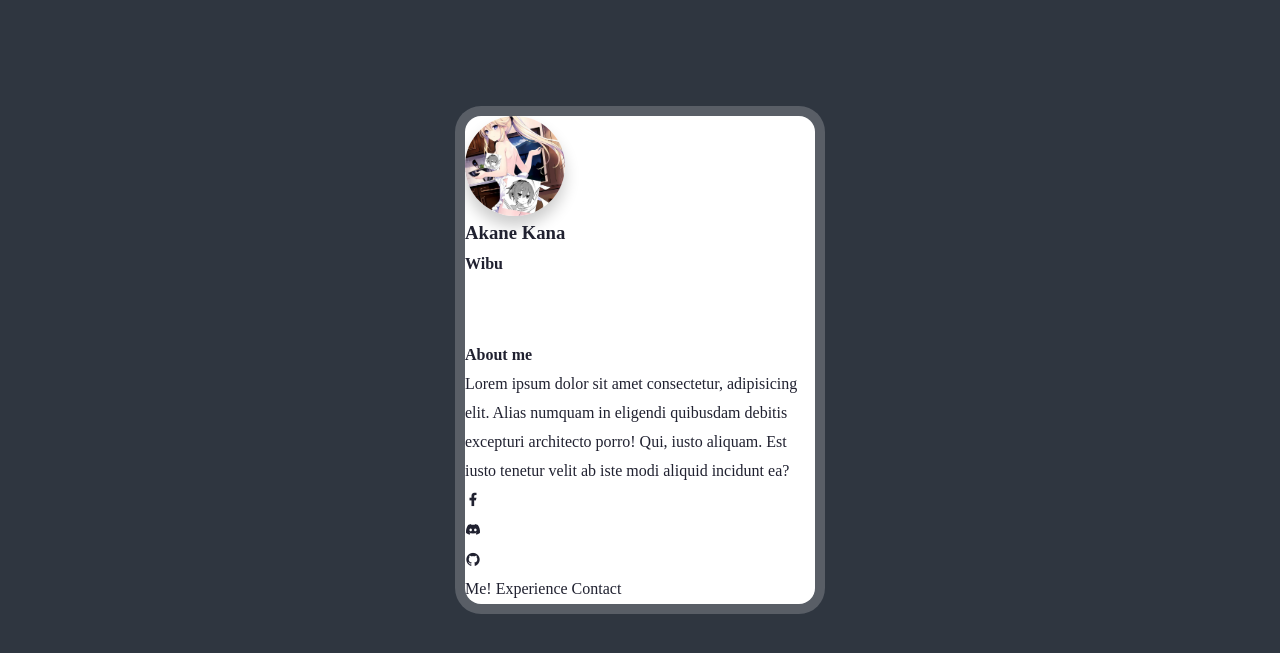
Repository: AkaneKana/AkaneKana
Page: index.html
The author's editor kept a copy of each file at every save. The page is drawn from the files as they stood at one save, then again after the next save.
The browser window is 1280 px wide. The pictures show the whole page.
Some web fonts or font styles are not loaded; a fallback is used. Some web libraries are served in a nearby version.

Above is the page before, as saved 2023-05-19 15:20:09.

### index.html
<!DOCTYPE html>
<html lang="en">
<head>
  <meta charset="UTF-8">
  <meta http-equiv="X-UA-Compatible" content="IE=edge">
  <meta name="viewport" content="width=device-width, initial-scale=1.0">
  <title>Profle Card</title>
  <link rel="stylesheet" href="style.css">
  <link href="https://cdn.jsdelivr.net/npm/remixicon@3.2.0/fonts/remixicon.css" rel="stylesheet">
</head>
<body>
  <div id="page" class="site">
    <div class="container">
      <div class="card">
        <header>
          <div class="thumbnail">
            <img src="assets/image.jpg" alt="">
          </div>
          <div class="meta">
            <h3>Akane Kana</h3>
            <h4>Wibu</h4>
          </div>
        </header>
        <section>
          <div id="me" class="me">
            <h4 class="section-title">About me</h4>
            <p>Lorem ipsum dolor sit amet consectetur, adipisicing elit. Alias numquam in eligendi quibusdam debitis excepturi architecto porro! Qui, iusto aliquam. Est iusto tenetur velit ab iste modi aliquid incidunt ea?</p>
            <div class="social">
              <ul>
                <li><a href="#"><i class="ri-facebook-fill"></i></a></li>
                <li><a href="#"><i class="ri-discord-fill"></i></a></li>
                <li><a href="#"><i class="ri-github-fill"></i></a></li>
              </ul>
            </div>
          </div>
        </section>
        <footer>
          <nav>
            <a href="#">Me!</a>
            <a href="#">Experience</a>
            <a href="#">Contact</a>
            <span></span>
          </nav>
        </footer>
      </div>
    </div>
  </div>

  <script src="script.js"></script>
</body>
</html>

### style.css
@import url('https://font.googleapis.com/css2?family=Poppins:wght@400;600;800&display=swap');
:root{
  --primary-color: #eb3b5a;
  --white-color: #ffffff;
  --light-color: #ced6e0;
  --grey-color: #737181;
  --dark-color: #202130;

  --shadow: 0 10px 10px -8px;
}

*{
  margin: 0;
  padding: 0;
}

*,::before,::after {
  box-sizing: border-box;
}

body{
  font-family: 'Poppins';
  font-size: 16px;
  font-weight: 400;
  line-height: 1.8;
  color: var(--dark-color);
  background-color: #2f3640;
}

a {
  text-decoration: none;
  color: inherit;
}

ul{
  list-style: none;
}

img{
  max-width: 100%;
  vertical-align: middle;
}

.site{
  display: flex;
  align-items: center;
  justify-content: center;
  height: 100vh;
}

.container{
  max-width: 1024px;
  padding: 0 2em;
  margin: 0 auto;
}

.card{
  max-width: 350px;
  background-color: var(--white-color);
  border-radius: 1em;
  box-shadow: 0 0 0 10px rgb(255 255 255 /20%);
  overflow: hidden;
}

.card header {
  position: relative;
  height: 225px;
  padding-top: ;
}

.card .thumbnail {
  width: 100px;
  height: 100px;
}

.card .thumbnail img {
  object-fit: cover;
  width: 100%;
  height: 100%;
  border-radius: 50%;
  box-shadow: 0 10px 15px rgb(0 0 0 /20%);
}

Loaded but not shown: script.js (no copy from this time; the picture is the same without it)

After the next save:
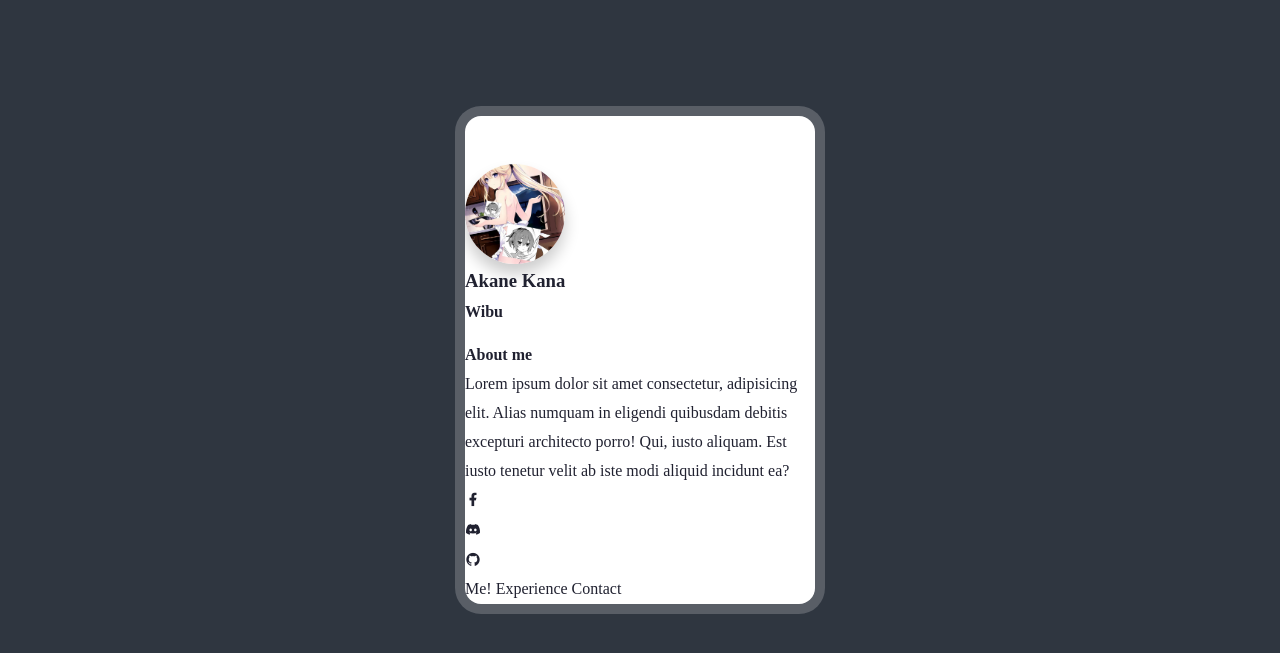
Saved 4 s later.
--- a/style.css
+++ b/style.css
@@ -65,7 +65,8 @@
 .card header {
   position: relative;
   height: 225px;
-  padding-top: ;
+  padding-top: 3em;
+
 }
 
 .card .thumbnail {
